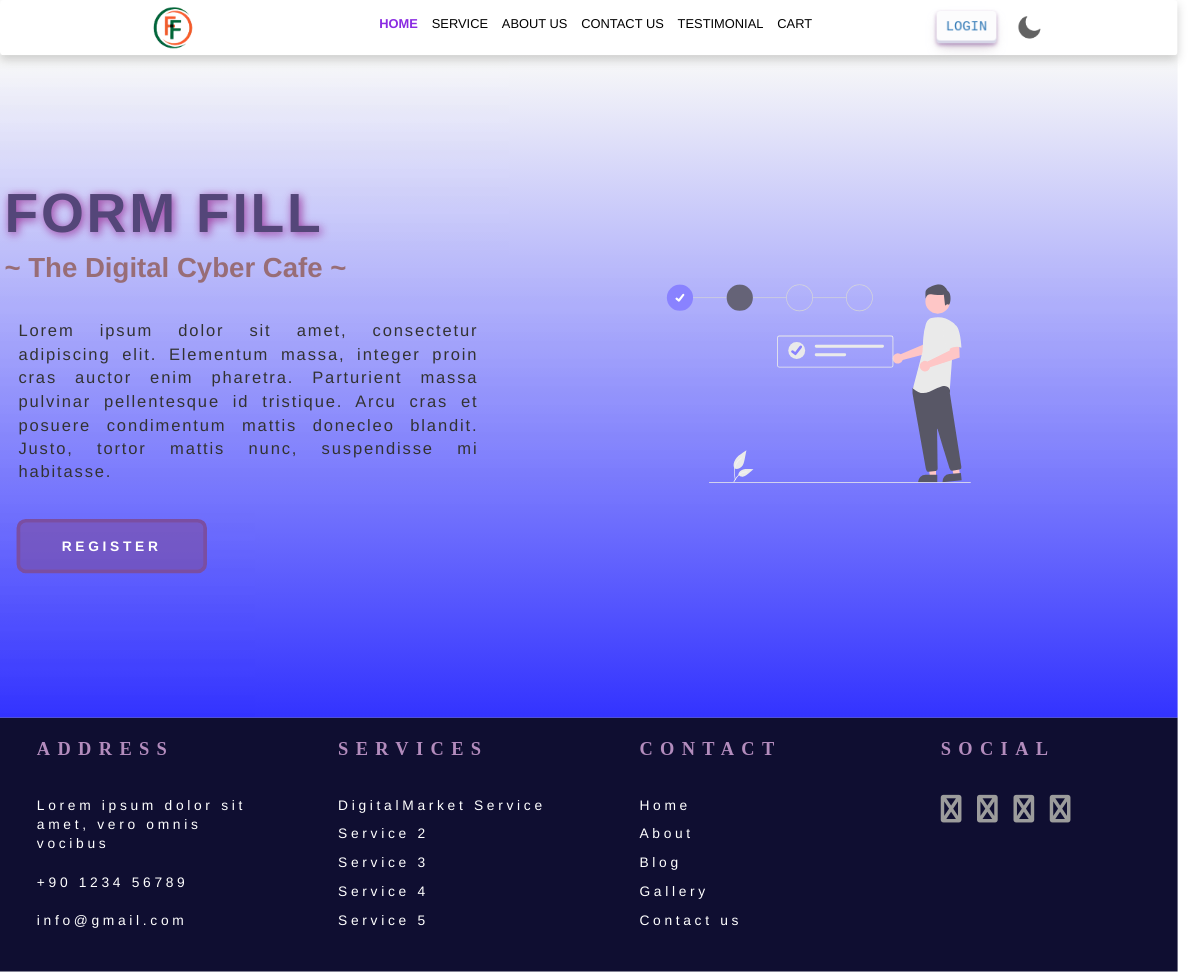
Repository: codervivek5/Formfil
Page: index.html
An editor plug-in stored every save of this project. The page is shown before and after the next save, followed by the edit.
The browser window is 1280 px wide. The page is 1295 px wide, so the pictures cover 1295 px, including what lies to the right of the window. The pictures show the whole page, at 92% of full size.
Some web fonts or font styles are not loaded; a fallback is used.

Above is the page before, as saved 2023-03-04 20:57:18.

### index.html
<!DOCTYPE html>
<html lang="en">

<head>
	<meta charset="UTF-8" />
	<meta http-equiv="X-UA-Compatible" content="IE=edge" />
	<meta name="viewport" content="width=device-width, initial-scale=1.0" />
	<title>Home-FormFil</title>
	<link rel="stylesheet" href="style/style.css" />
     <link rel="stylesheet" href="style/theme.css">

	<link rel="stylesheet" href="https://maxcdn.bootstrapcdn.com/bootstrap/3.4.1/css/bootstrap.min.css">
	<script src="https://ajax.googleapis.com/ajax/libs/jquery/3.6.0/jquery.min.js"></script>
     <script src="https://maxcdn.bootstrapcdn.com/bootstrap/3.4.1/js/bootstrap.min.js"></script>

	<link rel="stylesheet" href="https://fonts.googleapis.com/css?family=Trirong" />
	<link rel="icon" type="image/x-icon" href="./img/crop_logo.png" />
	<link rel="stylesheet" href="https://cdnjs.cloudflare.com/ajax/libs/font-awesome/6.2.1/css/all.min.css">
</head>

<body>

    <div class="loader">
          <img class= "imgload" src="img/logo.png"  alt="">
     </div>

     <header class="navbar">
      <a href="index.html"><img class="logo" src="img/logo.png" width="100px" height="100px" /></a>

      <div class="navbar-opt">
        <ul class="navbar-list">
          <li><a href="index.html" class="nav-link active">HOME</a></li>
          <li><a href="pages/service.html" class="nav-link">SERVICE </a></li>
          <li><a href="pages/about_us.html" class="nav-link">ABOUT US </a></li>
          <li><a href="pages/contact-us.html" class="nav-link">CONTACT US </a></li>
          <li><a href="pages/testimonial.html" class="nav-link">TESTIMONIAL</a></li>
          <li><a href="pages/cart.html" class="nav-link">CART</a></li>
        </ul>
      </div>

      <div class="fixed-buttons">
        <button><a href="pages/login.html" class="lgn">LOGIN</a></button>
        <img src="img/moon.png" id="icon">
      </div>

      <div class="mobile-menu">
        <ion-icon name="menu-outline" class="menu-icon"></ion-icon>
        <ion-icon name="close-outline" class="menu-icon"></ion-icon>
      </div>

     </header>

	<div class="main">

		<div class="container">
			<div class="content">
				<h1>FORM FILL</h1>
				<h2>~ The Digital Cyber Cafe ~</h2>
				<p class="para">
					Lorem ipsum dolor sit amet, consectetur adipiscing elit.
          Elementum massa, integer proin cras auctor enim pharetra.
					Parturient massa pulvinar pellentesque id tristique.
          Arcu cras et posuere condimentum mattis donecleo blandit.
          Justo, tortor mattis nunc, suspendisse mi habitasse.
				</p>
				<div class="btn">
					<a href="pages/signup.html"> <button class="btn1 button">REGISTER</button></a>
				</div>
			</div>
			<div class="shipp">
				<img src="img/svg.svg" />
        <!-- <img src="img/formfilSvg.svg" /> -->
			</div>
		</div>
	</div>

<!-- footer section -->
<footer>
    <div>
        <div class="row">
            <div class="col-lg-3 col-md-5 col-sm-4 col-xs-12">
                <ul class="adress">
                     <span>Address</span>
                     <li>
                        <p>Lorem ipsum dolor sit amet, vero omnis vocibus</p>
                      </li>

                      <li>
                        <p>+90 1234 56789</p>
                      </li>

                      <li>
                        <p>info@gmail.com</p>
                      </li>
                 </ul>
            </div>
            <div class="col-lg-3 col-md-5 col-sm-4 col-xs-12">
               <ul class="service">
                    <span>Services</span>
                    <li>
                       <a href="#">DigitalMarket Service</a>
                     </li>

                     <li>
                        <a href="#">Service 2</a>
                     </li>

                     <li>
                       <a href="#">Service 3</a>
                     </li>

                     <li>
                        <a href="#">Service 4 </a>
                     </li>

                     <li>
                       <a href="#">Service 5</a>
                    </li>
               </ul>
           </div>
            <div class="col-lg-3 col-md-3 col-sm-4 col-xs-12">
                <ul class="contact">
                     <span>Contact</span>
                     <li>
                        <a href="index.html">Home</a>
                      </li>

                      <li>
                         <a href="pages/about_us.html">About</a>
                      </li>

                      <li>
                        <a href="#">Blog</a>
                      </li>

                      <li>
                         <a href="#">Gallery </a>
                      </li>

                      <li>
                        <a href="pages/contact-us.html">Contact us</a>
                     </li>
                </ul>
            </div>

            <div class="col-lg-3 col-md-3 col-sm-4 col-xs-12">
               <ul class="social">
                    <span>Social</span>
                    <li>
                         <a href="https://www.facebook.com/codervivek"  target="_blank"><i class="fa fa-facebook fa-2x"></i></a>
                    </li>

                    <li>
                         <a href="https://github.com/codervivek5" target="_blank"><i class="fa fa-github fa-2x"></i></a>
                    </li>

                    <li>
                         <a href="https://www.linkedin.com/in/codervivek/" target="_blank"><i class="fa fa-linkedin fa-2x"></i></a>
                    </li>

                    <li>
                         <a href="https://twitter.com/codervivek5" target="_blank"><i class="fa fa-twitter fa-2x"></i></a>
                    </li>

                    <li>
                         <a href="https://www.youtube.com/codervivek" target="_blank"><i class="fa fa-youtube-play fa-2x"></i></a>
                   </li>
                  </ul>
            </div>
       </div>
    </div>
    <button class="back-to-top hidden">
     <svg
     xmlns="http://www.w3.org/2000/svg"
     class="back-to-top-icon"
     fill="none"
     viewBox="0 0 24 24"
     stroke="currentColor"
   >
     <path
       stroke-linecap="round"
       stroke-linejoin="round"
       stroke-width="2"
       d="M7 11l5-5m0 0l5 5m-5-5v12"
     />
   </svg></button>
</footer>


<script>

     // Javascript Code for Dark Mode Switch
	var icon = document.getElementById("icon");
	icon.onclick = function(){
		document.body.classList.toggle("dark-mode");
		if (document.body.classList.contains("dark-mode")){
			icon.src="img/sun.png";
		}
		else {
			icon.src="img/moon.png";
		}
	}
  //javascript for loader
  $(document).ready(function() {
      // Animate loader off screen
   setTimeout(function() {
    $(".loader").fadeOut("slow");
   }, 0);
  });
      // Javascript Code for Scroll to top Button
      const showOnPx = 100;
      const backToTopButton = document.querySelector(".back-to-top")

     const scrollContainer = () => {
       return document.documentElement || document.body;
      };

 document.addEventListener("scroll", () => {
   if (scrollContainer().scrollTop > showOnPx) {
     backToTopButton.classList.remove("hidden")
   } else {
     backToTopButton.classList.add("hidden")
   }
 })
 const goToTop = () => {
   document.body.scrollIntoView({
     behavior: "smooth",
   });
 };
 backToTopButton.addEventListener("click", goToTop);

 const mobile_nav= document.querySelector('.mobile-menu');
const nav_header= document.querySelector(".navbar");

const toggleNav = () =>{
  nav_header.classList.toggle("switchOn");
}

mobile_nav.addEventListener('click', () => toggleNav());

</script>
<script type="module" src="https://unpkg.com/ionicons@5.5.2/dist/ionicons/ionicons.esm.js"></script>
<script nomodule src="https://unpkg.com/ionicons@5.5.2/dist/ionicons/ionicons.js"></script>
</body>
</html>

### style/style.css
@import url('https://fonts.googleapis.com/css2?family=Tilt+Prism&display=swap');

body{
	margin:0;
	padding:0;
	background:black;
font-family: 'Times New Roman', Times, serif;
overflow-x: hidden;
}
.main{
	position: relative;
	height:100%;
	width:100%;
	/* background:linear-gradient(rgba(244, 245, 243, 0.712),#7b378ec4); */
	background-position: center;
	background-repeat: no-repeat;
	background-size: cover;
	opacity: 0.8;

}
.navbar{
    padding: 0 !important;
    padding: 0 3rem;
    height: 6rem;
    display: flex;
    justify-content: space-between;
    align-items: center;
    margin-bottom: 0 !important;
    box-shadow: 0px 5px 10px #48464640 !important;
    z-index: 999;
}

.navbar-opt{
    transition: all 0.5s;
  }

  .navbar-list{
    display: flex;
    gap: 1.5rem;
    list-style: none;
  }

  .fixed-buttons{
    display: flex;
    justify-content: center;
    align-items: center;
    column-gap: 1rem;
  }

  .active{
    font-weight: 700 !important;
  }

  .nav-link:link,
.nav-link:visited {
  display: inline-block;
  text-decoration: none;
  color: black;
}

.mobile-menu{
  display: none;
  background: transparent;
  cursor: pointer;
}

.menu-icon{
  width: 3.2rem;
  height: 3.2rem;
  z-index: 1000;
}

.menu-icon[name="close-outline"]{
  display: none;
}

.fixed-buttons button{
  align-items: center;
  appearance: none;
  background-color: #FCFCFD;
  border-radius: 4px;
  border-width: 0;
  box-shadow: #7b378e7b 0 2px 4px,#c1b6c4a8 0 7px 13px -3px,#D6D6E7 0 -3px 0 inset;
  box-sizing: border-box;
  color: #36395A;
  cursor: pointer;
  display: inline-flex;
  font-family: "JetBrains Mono",monospace;
  height: 3.5rem;
  justify-content: center;
  line-height: 1;
  list-style: none;
  overflow: hidden;
  padding-left: 1rem;
  padding-right: 1rem;
  position: relative;
  text-align: left;
  text-decoration: none;
  transition: box-shadow .15s,transform .15s;
  user-select: none;
  -webkit-user-select: none;
  touch-action: manipulation;
  white-space: nowrap;
  will-change: box-shadow,transform;
  font-size: 1.5rem;
}

.fixed-buttons button:focus {
    box-shadow: #D6D6E7 0 0 0 1.5px inset, rgba(45, 35, 66, 0.4) 0 2px 4px, rgba(45, 35, 66, 0.3) 0 7px 13px -3px, #D6D6E7 0 -3px 0 inset;
  }

  .fixed-buttons button:hover {
    box-shadow: rgba(45, 35, 66, 0.4) 0 4px 8px, rgba(45, 35, 66, 0.3) 0 7px 13px -3px, #D6D6E7 0 -3px 0 inset;
    transform: translateY(-2px);
  }

  .fixed-buttons button:active {
    box-shadow: #D6D6E7 0 3px 7px inset;
    transform: translateY(2px);
  }

@media (max-width:1220px){
    .navbar-list{
      gap: 0.3rem;
    }
  }

  @media (max-width:1030px){
    .mobile-menu{
      display: block;
    }

    .navbar{
      padding: 0 1rem;
      position: relative;
    }

    .navbar-opt{
      width: 100vw;
      height: 100vh;
      background-color: #484646dd;
      position: absolute;
      top: 0;
      left: 0;
      display: flex;
      justify-content: center;
      /* transform: translateY(100%); */
      transition: all 0.5s linear;
      opacity: 0;
      visibility: hidden;
      pointer-events: none;
    }

    .navbar-list{
      flex-direction: column;
      align-items: center;
      justify-content: center;
      font-size: 1.7rem;
      font-weight: 500;
    }

    .switchOn .navbar-opt{
      opacity: 1;
      visibility: visible;
      pointer-events: auto;
    }

    .switchOn .mobile-menu .menu-icon[name="close-outline"]{
      display: block;
    }

    .switchOn .mobile-menu .menu-icon[name="menu-outline"]{
      display: none;
    }

  }

  .nav-link:hover{
    color: grey !important;
  }

    /* ____________________________________________________________________________________________________________ */

.container{
    display: flex;
    justify-content: space-between;
    align-items: center;
    position: relative;
    top: 20vh;
    padding: 0px 25px;
}
.shipp{
  padding-left: 50px;
}
.shipp img{
    width: 60vh;
}
.content{
  display: flex;
  flex-direction: column;
  margin-left: -110px;
}
.content h1{
    color: #2a1958;
    text-shadow: 2px 2px 10px purple;
    font-size: 6rem;
    letter-spacing: 3px;
    margin-top: -5px;
    font-weight: bold;
}
.content h2{
  color: rgba(0, 0, 0, 0.87);
	width:100%;
  font-weight: bold;
  margin-top: -1px;
}
.content .para{
  color: black;
	width:100%;
  text-align: justify;
  font-size: 18px;
  margin-top: 30px;
  padding-left: 60px;
  letter-spacing: 2px;

}
.content .btn{
  text-align: left;
  margin-left: 45px;
  margin-top: 20px;
}
.content button{
    padding: 15px 45px;
    border-radius: 10px;
    border: none;
    background-color: rgba(90, 34, 139,0.6) !important;
    border: 4px solid rgba(90, 34, 139);
    color: white !important;
    font-weight: bold !important;
    letter-spacing: 4px;
    font-size: 15px !important;
    transition: transform .2s;
}
.btn1:hover{
  transform: scale(1.15);
  background-color: rgba(90, 34, 139,0.2) !important;
  color: white !important;
}

@media only screen and (max-width: 1300px){
    .shipp img{
      width: 50vw;
      height: 30vh;
  }
  }

  @media only screen and (max-width: 500px){
    .container{
      display: flex;
      flex-direction: column;
      padding: 0 !important;
      margin: 0 !important;
    }
    .content{
      width: 100vw;
      display: flex;
      flex-direction: column;
      justify-content: center;
      align-items: center;
      padding: 0 !important;
      margin: 0 !important;
    }
    .shipp img{
      width: 50vw;
      height: 40vh;
  }
  .content h1{
    font-size: 3rem;
  }
  .content h2{
    font-size: 2rem;
  }
  .content .para{
    font-size: 1.5rem;
  }
  }
/* footer */
footer{
     background-color: #0f0e31;
     padding:20px 0px;
     z-index: 1;
}

footer ul li{
    padding:5px 0px;
}

.adress span , .contact span , .social span, .service span{
   color: #FFF;
   font-weight: 800;
   padding-bottom: 10px;
   margin-bottom: 20px;
   display: block;
   text-transform: uppercase;
   font-size: 20px;
   letter-spacing: 3px;
}

.adress li p , .contact li a , .social li a, .service li a{
    color:#FFF;
    letter-spacing: 2px;
    text-decoration:none;
    font-size:15px;
    font-style: sans-serif;
}

.social li{
    float:left;
}

.adress , .contact , .social , .service{
    list-style: none;
}

.fa{
    color:#9c9c9c;
    margin-right: 15px;
    font-size:24px;
}
.service span{
    letter-spacing: 8px;
    font-family:'Tilt Prism', cursive;
    color:rgb(179,140,189);
}
.contact span{
    letter-spacing: 8px;
    font-family: 'Tilt Prism', cursive;
    color:rgb(179,140,189);

}
.adress span{
    letter-spacing: 8px;
    font-family:'Tilt Prism', cursive;
    color:rgb(179,140,189);
}
.social span{
    letter-spacing: 8px;
    font-family:'Tilt Prism', cursive;
    color:rgb(179,140,189);
}
.service a{
    letter-spacing: 4px !important;
    position: relative;
    transition: all 0.5s ease;
    -webkit-transition: all 0.5s ease;
}
.service a:hover {
    color: rgb(137,130,255) !important;
    transition: all 1s ease;
    -webkit-transition: all 1s ease;
}

 .service a:before, .service a:after {
  content: '';
  position: absolute;
  width: 0%;
  height: 1px;
  bottom: -1px;
  background:rgb(204,214,246);
}

.imgload{
	height: 25%;
	width: 15%;

}
.loader{
    position: fixed;
    z-index: 1;
    top: 0;
    left: 0;
    background: #7b378ec4;
    height: 100%;
    width: 100%;
    display: flex;
    justify-content: center;
    align-items: center;
  }

  .loader.hidden{
    animation: fadeOut 2s forwards;
  }
  @keyframes fadeOut {
    100%{
      opacity: 100%;
      visibility: hidden;
    }
  }



.adress p{
    letter-spacing: 4px !important;
    position: relative;
    transition: all 0.5s ease;
    -webkit-transition: all 0.5s ease;
}
.adress p:hover {
    color: rgb(14, 214, 3) !important;
    transition: all 1s ease;
    -webkit-transition: all 1s ease;
}
.contact a{
    letter-spacing: 4px !important;
    position: relative;
    transition: all 0.5s ease;
    -webkit-transition: all 0.5s ease;
}
.contact a:hover {
    color: rgb(212, 1, 227) !important;
    transition: all 1s ease;
    -webkit-transition: all 1s ease;
}
.social i{
    position: relative;
}
.social i:hover {
    color: rgb(15, 3, 252) !important;
    transition: all 1s ease;
    -webkit-transition: all 1s ease;
}
.back-to-top {
    position: fixed;
    right: 2rem;
    bottom: 2rem;
}
.hidden {
    display: none;
        opacity: 0%;

  }
.back-to-top {
    position: fixed;
    right: 2rem;
    bottom: 2rem;
    border-radius: 100%;
    background: gray;
    padding: 1.5rem;
    border: none;
    cursor: pointer;
    opacity: 100%;
    transition: opacity 0.5s;
  }
  .back-to-top-icon {
    width: 2rem;
    height: 2rem;
    color: white;
  }
  .back-to-top:hover {
    opacity: 60%;
  }

.footerpart{
	text-align: center;
}







    /* ____________________________________________________________________________________________________________ */

### style/theme.css
:root{
	--color--main: linear-gradient(rgba(244, 245, 243, 0.712),blue);
	--color--footer: rgb(119, 5, 100);
	--color--h1: #2a1958;
	--color--h2: rgba(122, 60, 60, 0.87);
	--color--p: black;
	--color--btn: #2a1958;
	--color--nav: black;
	--color--nav_before:#2a1958;
	--color--customnav: white;
}
.dark-mode{
	--color--main: linear-gradient(#4b075ac4,rgba(28, 1, 41, 0.712));
	--color--footer: rgb(65, 3, 55);
	--color--h1: rgb(255, 255, 255);
	--color--h2: rgb(233, 233, 233);
	--color--p: white;
	--color--btn: #130735;
	--color--nav: rgb(215, 244, 248);
	--color--nav_before:rgb(215, 244, 248);
	--color--customnav: rgb(174, 147, 180);
}
#icon{
	width: 30px;
	cursor: pointer;
	margin: 10px;
}
.main{
	position: relative;
	height:100vh;
	width:100%;
	background:var(--color--main);
	background-position: center;
	background-repeat: no-repeat;
	background-size: cover;
	opacity: 0.8;
}
.navbar{
	background-color: var(--color--customnav);
}

.nav-link{
	color: var(--color--p) !important;
}

.active{
	color: blueviolet !important;
}
.content h1{
    color:var(--color--h1);
margin-left: 8%;
}
.content h2{
    color: var(--color--h2);
    margin-left: 8%;
}
.content .para{
    color: var(--color--p);
}
.content .btn1 {
    background-color: var(--color--btn);
    color:honeydew;

}
.footer{
	background-color:var(--color--footer);
	display: block;
	justify-content: center;
	align-items: center;
	width: 100%;
	height: 40vh;

}

After the next save:
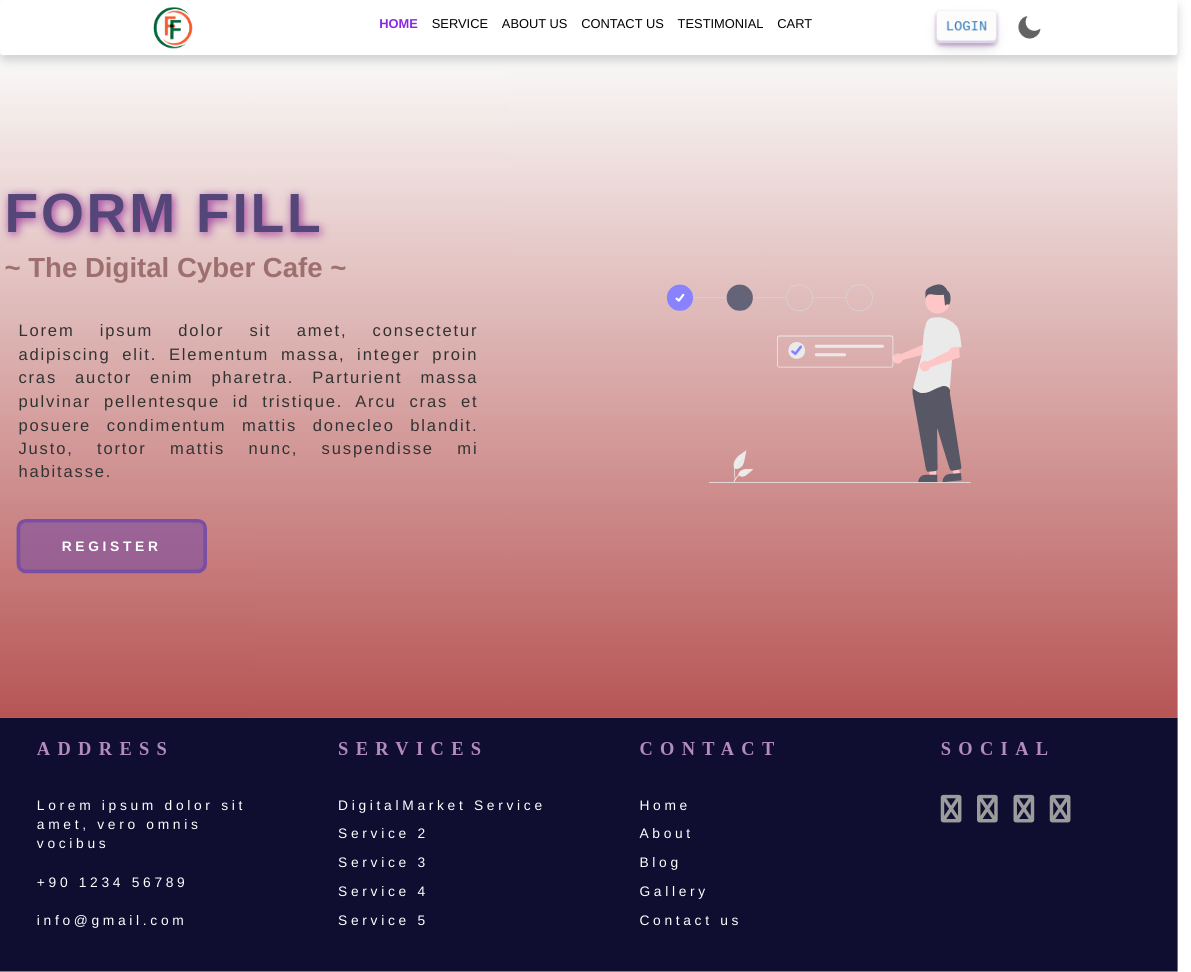
Saved 20 s later.
--- a/style/theme.css
+++ b/style/theme.css
@@ -1,5 +1,5 @@
 :root{
-	--color--main: linear-gradient(rgba(244, 245, 243, 0.712),blue);
+	--color--main: linear-gradient(rgba(244, 245, 243, 0.712),brown);
 	--color--footer: rgb(119, 5, 100);
 	--color--h1: #2a1958;
 	--color--h2: rgba(122, 60, 60, 0.87);
